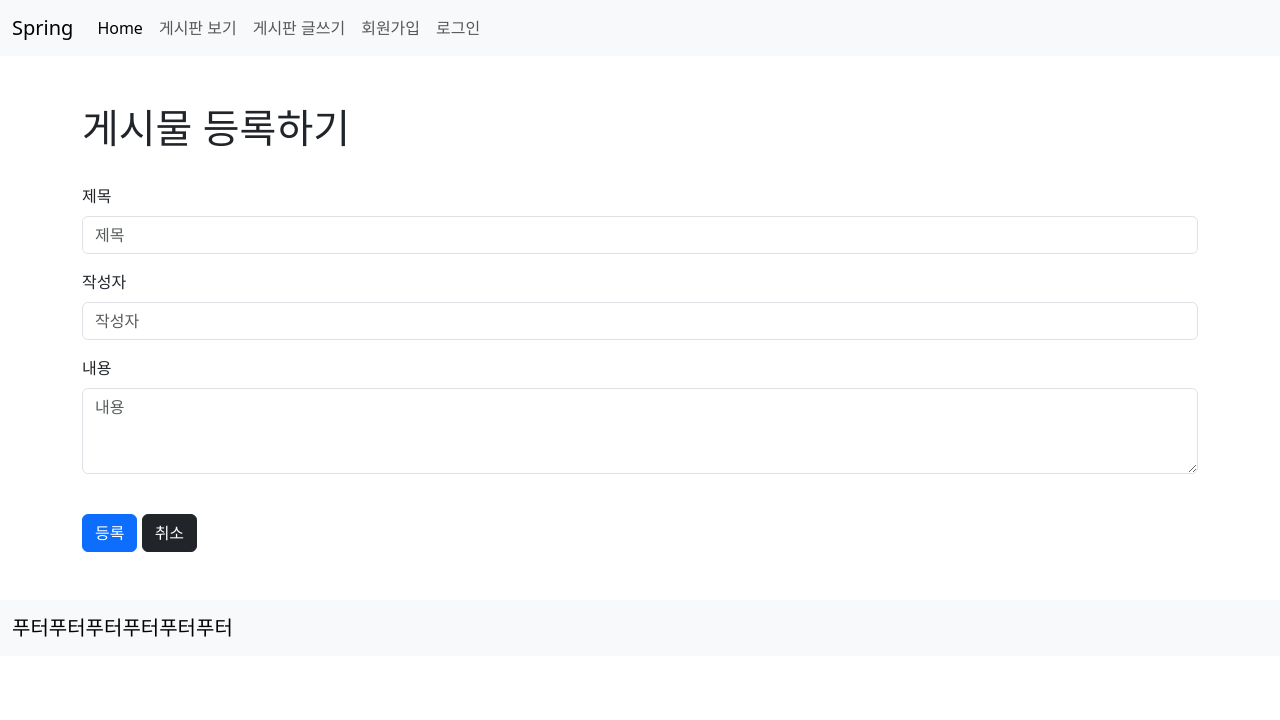
Repository: Jensuchan/spring_solo_project
Page: http://localhost/spring_test/WEB-INF/views/board/register.jsp
The author's editor kept a copy of each file at every save. The page is drawn from the files as they stood at one save, then again after the next save.
The browser window is 1280 px wide. The pictures show the whole page.
The page is served by Tomcat 9. Nobody is signed in. Other server files are loaded and not shown. The template is opened directly, without the code that normally fills it, so the values that code supplies are empty.

Above is the page before, as saved 2024-01-17 05:04:47.

### spring_test/src/main/webapp/WEB-INF/views/board/register.jsp
<%@ page language="java" contentType="text/html; charset=UTF-8"
	pageEncoding="UTF-8"%>
<jsp:include page="../layout/header.jsp"></jsp:include>




<div class="container">
	<h1>게시물 등록하기</h1><br>
	<form action="/board/register" method="post">
		<div class="mb-3">
			<label for="title" class="form-label">제목</label>
			<input type="text" name="title" class="form-control" id="title" placeholder="제목">
		</div>
		<div class="mb-3">
			<label for="writer" class="form-label">작성자</label>
			<input type="text" name="writer" class="form-control" id="writer" placeholder="작성자">
		</div>
		<div class="mb-3">
			<label for="content" class="form-label">내용</label>
 			<textarea class="form-control" name="content" id="content" rows="3" placeholder="내용"></textarea>
		</div>
		<br>
		<button type="submit" class="btn btn-primary">등록</button>
		<a href="/"><button type="button" class="btn btn-dark">취소</button></a>
	</form>

</div>

<jsp:include page="../layout/footer.jsp"></jsp:include>

### spring_test/src/main/webapp/WEB-INF/views/layout/header.jsp
<%@ taglib uri="http://java.sun.com/jsp/jstl/core" prefix="c"%>
<%@ page language="java" contentType="text/html; charset=UTF-8"
	pageEncoding="UTF-8"%>
<%@ taglib uri="http://www.springframework.org/security/tags"
	prefix="sec"%>
<!DOCTYPE html>
<html>
<head>
<meta charset="UTF-8">
<title>Insert title here</title>
<link
	href="https://cdn.jsdelivr.net/npm/bootstrap@5.3.1/dist/css/bootstrap.min.css"
	rel="stylesheet"
	integrity="sha384-4bw+/aepP/YC94hEpVNVgiZdgIC5+VKNBQNGCHeKRQN+PtmoHDEXuppvnDJzQIu9"
	crossorigin="anonymous">
<script
	src="https://cdn.jsdelivr.net/npm/bootstrap@5.3.1/dist/js/bootstrap.bundle.min.js"
	integrity="sha384-HwwvtgBNo3bZJJLYd8oVXjrBZt8cqVSpeBNS5n7C8IVInixGAoxmnlMuBnhbgrkm"
	crossorigin="anonymous"></script>
</head>
<style>
	.container-fluid{
		display: flex;
		justify-content: space-evenly;
		align-items: center;
	}
</style>

<body>

	<nav class="navbar navbar-expand-lg bg-body-tertiary">
		<div class="container-fluid">
			<a class="navbar-brand" href="/">Spring</a>
			<button class="navbar-toggler" type="button"
				data-bs-toggle="collapse" data-bs-target="#navbarSupportedContent"
				aria-controls="navbarSupportedContent" aria-expanded="false"
				aria-label="Toggle navigation">
				<span class="navbar-toggler-icon"></span>
			</button>
			<div class="collapse navbar-collapse" id="navbarSupportedContent">
				<ul class="navbar-nav me-auto mb-2 mb-lg-0">
					<li class="nav-item"><a class="nav-link active"
						aria-current="page" href="/">Home</a></li>
					<li class="nav-item"><a class="nav-link" href="/board/list">게시판 보기</a></li>

					<!-- 현재 인증한 사용자의 정보를 가져와서 해당 권한이 있는지 확인 -->
					<!-- 현재 사용자의 정보는 principal  -->
					<!-- anyMatch() : stream 매칭 메서드(최소한 1개의 요소가 주어진 조건에 맞는지 조사) -->

					<li class="nav-item"><a class="nav-link" href="/board/register">게시판 글쓰기</a>
					</li>
					<li class="nav-item"><a class="nav-link"
						href="/member/register">회원가입</a></li>
					<li class="nav-item"><a class="nav-link" href="#">로그인</a>
					</li>
				</ul>
			</div>
		</div>
	</nav>

	<br><br>

### spring_test/src/main/webapp/WEB-INF/views/layout/footer.jsp
<%@ page language="java" contentType="text/html; charset=UTF-8"
    pageEncoding="UTF-8"%>
<br><br>
<nav class="navbar navbar-expand-lg bg-body-tertiary">
		<div class="container-fluid">
			<a class="navbar-brand" href="/">푸터푸터푸터푸터푸터푸터</a>

			<div class="collapse navbar-collapse" id="navbarSupportedContent">
			</div>
		</div>
	</nav>
</body>
</html>

After the next save:
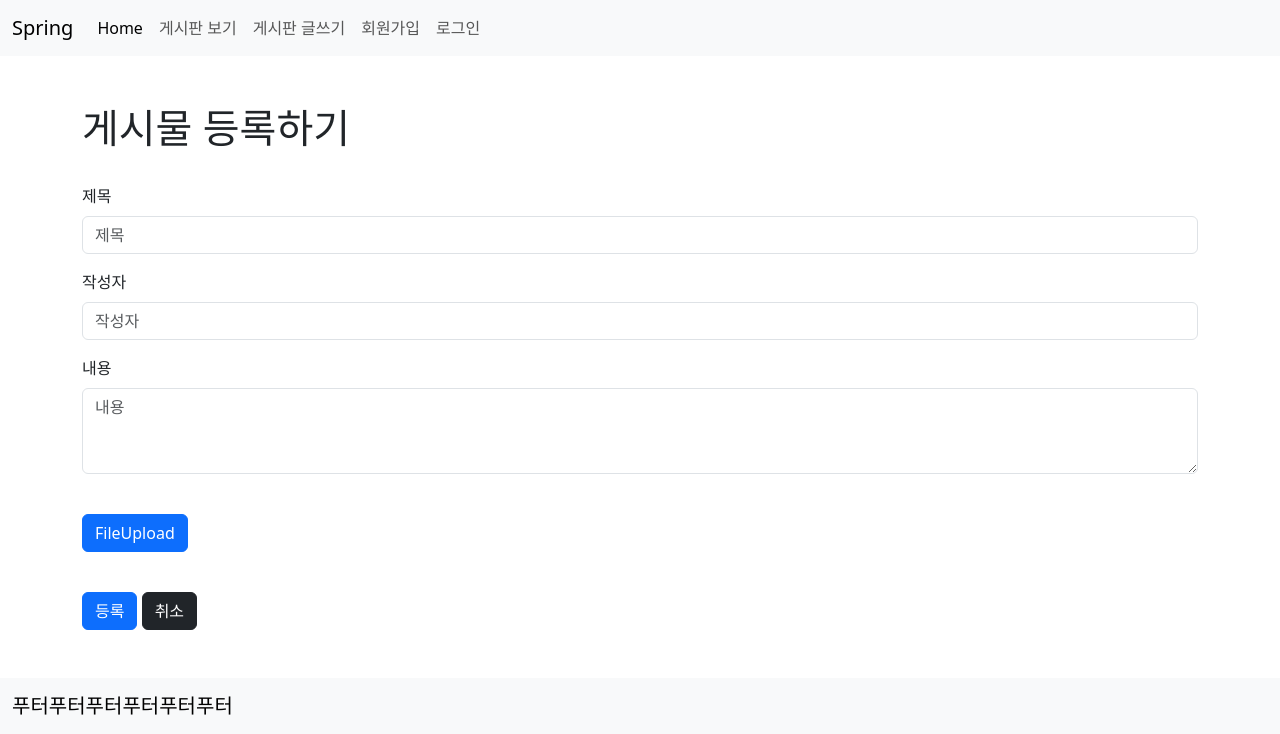
Saved 6 min 44 s later.
--- a/spring_test/src/main/webapp/WEB-INF/views/board/register.jsp
+++ b/spring_test/src/main/webapp/WEB-INF/views/board/register.jsp
@@ -20,6 +20,12 @@
 			<label for="content" class="form-label">내용</label>
  			<textarea class="form-control" name="content" id="content" rows="3" placeholder="내용"></textarea>
 		</div>
+		 	<div class="mb-3">
+		<input type="file" name="files" class="form-control" id="files" multiple style="display: none"> <br>
+		<button type="button" class="btn btn-primary" id="trigger">FileUpload</button>
+	</div>
+	<!-- 파일 목록 표시라인 -->
+ 	<div class="mb-3" id="fileZone"></div>
 		<br>
 		<button type="submit" class="btn btn-primary">등록</button>
 		<a href="/"><button type="button" class="btn btn-dark">취소</button></a>
